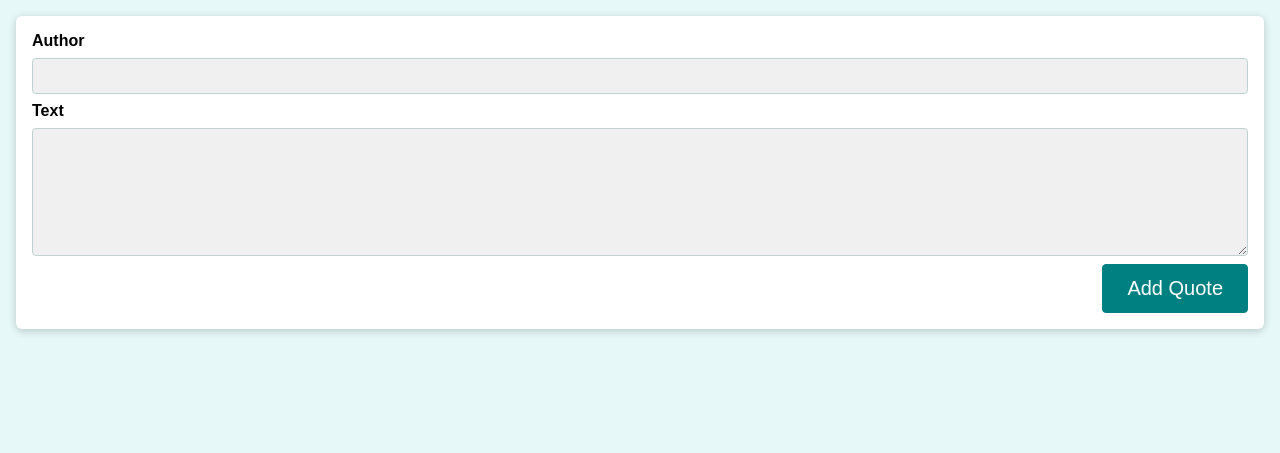
Repository: NamalPathirana/react-router-prac-two-demo
Page: /add-quotes
These files come from the project's save history. The page is drawn as it stood at one moment and after the next save; the edit follows.
The browser window is 1280 px wide. The pictures show the whole page.
The project was rebuilt for these pictures with package versions that can differ from the ones it lists, and the page was loaded fresh each time. Also part of the build but not shown: src/components/UI/LoadingSpinner.module.css, src/components/UI/LoadingSpinner.js, src/components/comments/Comments.module.css, src/components/comments/NewCommentForm.module.css, src/components/comments/NewCommentForm.js, src/components/comments/Comments.js, src/components/pages/Quote-details.js, src/components/pages/Quotes.js and 1 more.

Above is the page before, as saved 2022-04-18 18:57:16.

After the next save:
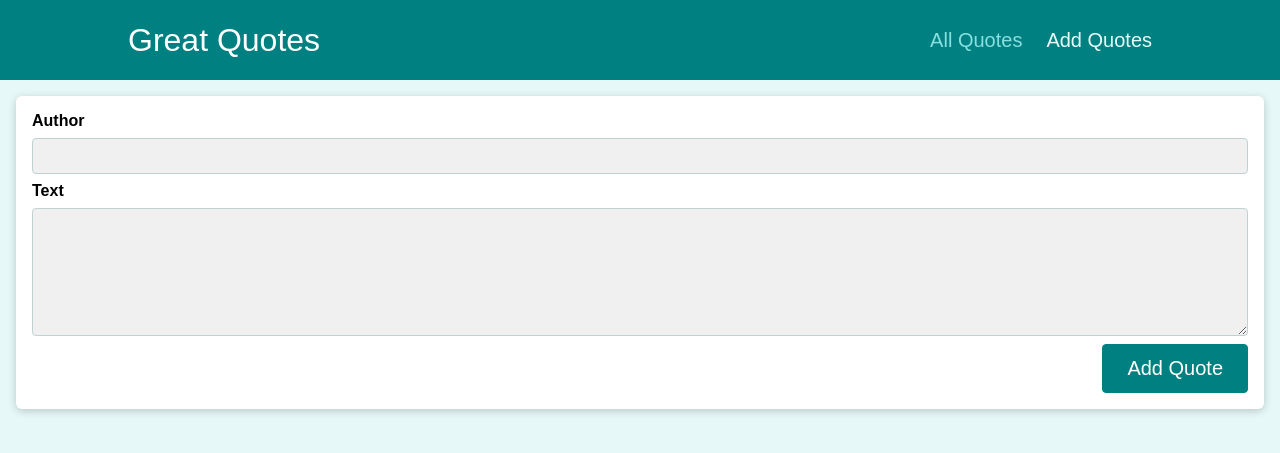
Saved 69 s later.
--- a/src/App.js
+++ b/src/App.js
@@ -1,6 +1,7 @@
 import { Fragment } from "react";
 import { Redirect, Route, Switch } from "react-router-dom";
 import Header from "./components/layout/Header";
+import Layout from "./components/layout/Layout";
 import AddQuotes from "./components/pages/AddQuotes";
 import QuotesDetails from "./components/pages/Quote-details";
 import Quotes from "./components/pages/Quotes";
@@ -9,6 +10,7 @@ import classes from "./Layout.module.css";
 function App() {
   return (
     <Fragment>
+      <Layout>
         <Switch>
           <Route path="/" exact>
             <Redirect to="/quotes"></Redirect>
@@ -23,6 +25,7 @@ function App() {
             <AddQuotes></AddQuotes>
           </Route>
         </Switch>
+      </Layout>
     </Fragment>
   );
 }
